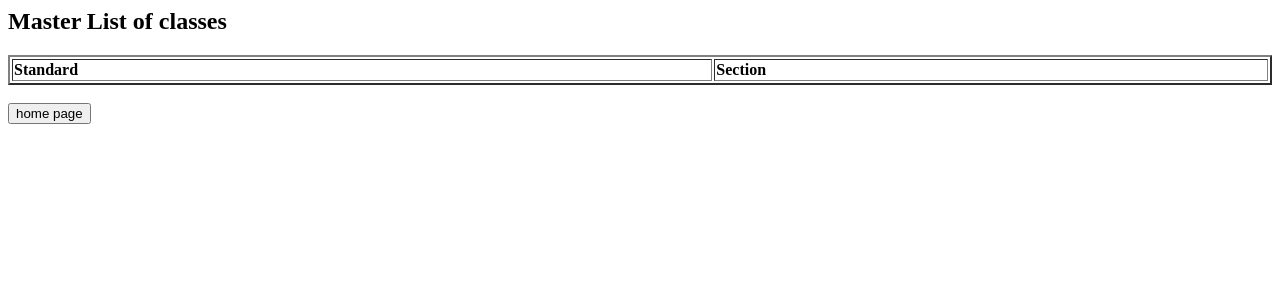
Repository: anithagnana123/Simplilearn_Phase2_project
Page: http://localhost/phase2-project-new/viewclasssub.jsp
These files come from the project's save history. The page is drawn as it stood at one moment and after the next save; the edit follows.
The browser window is 1280 px wide. The pictures show the whole page.
The page is served by Tomcat 9. Other server files are loaded and not shown. Queries for data that is not in the repository find no rows.

Above is the page before, as saved 2022-10-22 07:48:44.

### phase2-project-new/src/main/webapp/viewclasssub.jsp
<%@ taglib prefix="c" uri="http://java.sun.com/jsp/jstl/core"%>
<%@ taglib prefix="sql" uri="http://java.sun.com/jsp/jstl/sql"%>
<html>
<head>
    <title>viewclass-list</title>
</head>
<body>
    <sql:setDataSource
    var="database"
    driver="com.mysql.cj.jdbc.Driver"
     url="jdbc:mysql://localhost:3306/learners_academy_test?allowPublicKeyRetrieval=true&useSSL=false"
     user="root"
     password="123456"
     />


<h2>Master List of classes</h2>
<sql:query var="rs" dataSource="${database}">
    SELECT * FROM class_info;
</sql:query>
<table border="2" width="100%">
    <tr>
        <td><b>Standard</b></td>
        <td><b>Section</b></td>
    </tr>

    <c:forEach var="class_info" items="${rs.rows}">
        <tr>
            <td> <c:out value="${class_info.standard}"/> </td>
            <td> <c:out value="${class_info.class_sec}"/> </td>
        </tr>
    </c:forEach>
</table>

<form action='welcome' method='get'>
	 <br> <input type='submit' value='home page'/>
</form>

</body>
</html>

After the next save:
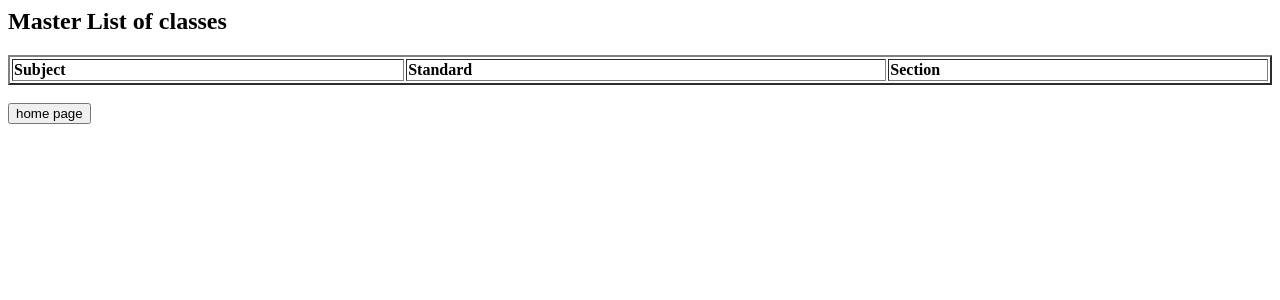
Saved 17 min 42 s later.
--- a/phase2-project-new/src/main/webapp/viewclasssub.jsp
+++ b/phase2-project-new/src/main/webapp/viewclasssub.jsp
@@ -16,10 +16,11 @@
 
 <h2>Master List of classes</h2>
 <sql:query var="rs" dataSource="${database}">
-    SELECT * FROM class_info;
+    SELECT * FROM class_sub;
 </sql:query>
 <table border="2" width="100%">
     <tr>
+        <td><b>Subject</b></td>
         <td><b>Standard</b></td>
         <td><b>Section</b></td>
     </tr>
